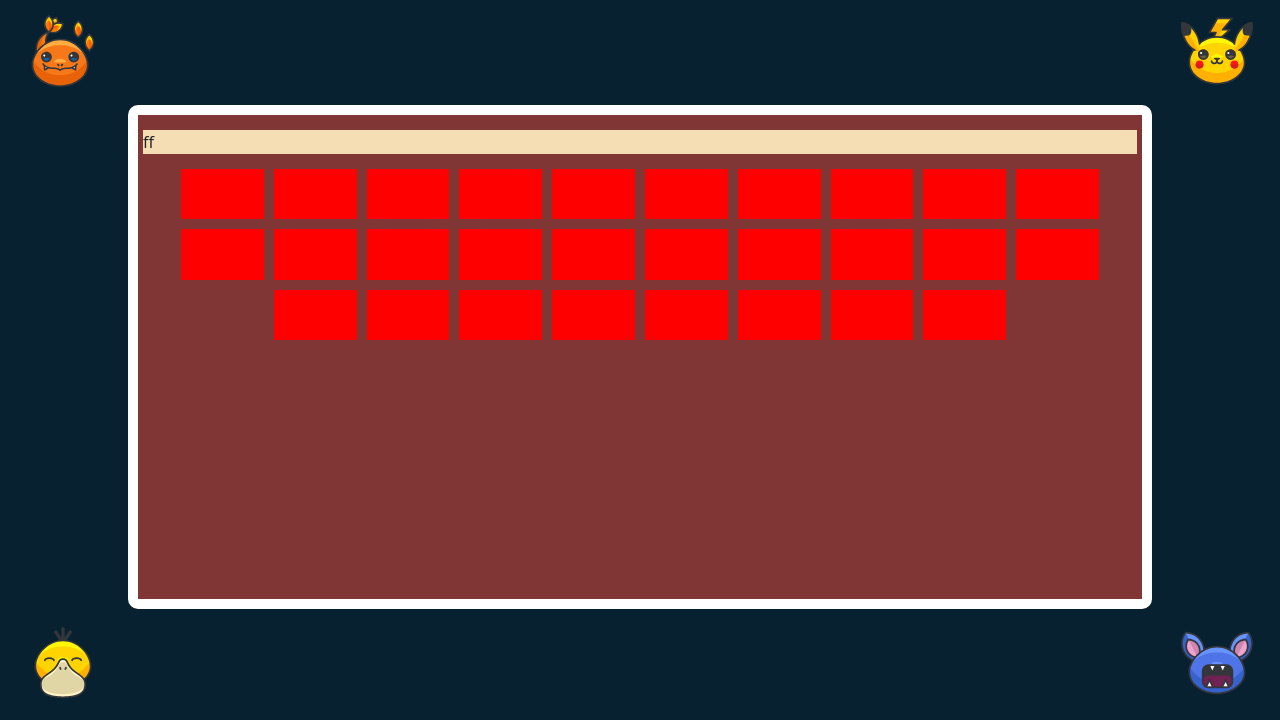
Repository: bechara611/pokedex
Page: /
These files come from the project's save history. The page is drawn as it stood at one moment and after the next save; the edit follows.
The browser window is 1280 px wide. The pictures show the whole page.
The project was rebuilt for these pictures with package versions that can differ from the ones it lists, and the page was loaded fresh each time. Also part of the build but not shown: vite.config.js.

Above is the page before, as saved 2023-01-16 17:55:18.

### index.html
<!DOCTYPE html>
<html lang="en">
  <head>
    <meta charset="UTF-8" />
    <link rel="icon" type="image/svg+xml" href="/pokedex.svg" />
    <meta name="viewport" content="width=device-width, initial-scale=1.0" />
    <title>Pokedex- DB</title>
  </head>
  <link href="https://cdn.jsdelivr.net/npm/bootstrap@5.2.3/dist/css/bootstrap.min.css" rel="stylesheet" integrity="sha384-rbsA2VBKQhggwzxH7pPCaAqO46MgnOM80zW1RWuH61DGLwZJEdK2Kadq2F9CUG65" crossorigin="anonymous">
  <body>
    <div id="root"></div>
    <script type="module" src="/src/main.jsx"></script>
    <script src="https://cdn.jsdelivr.net/npm/bootstrap@5.2.3/dist/js/bootstrap.bundle.min.js" integrity="sha384-kenU1KFdBIe4zVF0s0G1M5b4hcpxyD9F7jL+jjXkk+Q2h455rYXK/7HAuoJl+0I4" crossorigin="anonymous"></script>
  </body>
</html>

### src/main.jsx

import ReactDOM from 'react-dom/client'
import { BrowserRouter } from 'react-router-dom'
import { PokedexRouter } from './router/PokedexRouter'




ReactDOM.createRoot(document.getElementById('root')).render(

  <BrowserRouter>
  <PokedexRouter></PokedexRouter>
  </BrowserRouter>

)

### src/router/PokedexRouter.jsx
import React from 'react'
import { Navigate, Route, Routes } from 'react-router'
import { App } from '../App'

export const PokedexRouter = () => {
  return (
//*Rutas de la aplicacion utilizando react-router-dom
    <Routes>
    <Route path='/' element={<App></App>}></Route>
//*Aca se establece una ruta por defecto que usara un navigate para ir a / la cual es App.
<Route path='*' element={<Navigate to={'/'}></Navigate>}></Route>
    </Routes>
  )
}

### src/App.jsx
import React from 'react'
import { Marcos } from '../ui/components/Marcos'
import { PokedexListado } from './pokedex/components/PokedexListado'

import 'animate.css'

export const App = () => {
  return (
    <Marcos>
    <PokedexListado></PokedexListado>
    </Marcos>

  )
}

### ui/components/Marcos.jsx
import React from 'react'
import './Marcos.css'
import charmander from './../../src/assets/charmander.svg'
import pikachu from './../../src/assets/pikachu.svg'
import psyduck from './../../src/assets/psyduck.svg'
import zubat from './../../src/assets/zubat.svg'
export const Marcos = ({ children }) => {
    return (
        <>

            <div className="container-fluid fondo ">
                <div className="contenedor">
                    <div className="row fila">
                        <img src={charmander} className='iconos animate__animated animate__bounce' alt="" />
                        <img src={pikachu} className='iconos animate__animated animate__bounce' alt="" />
                    </div>


                   { /*ESTE ES EL DIV DEL CENTRO DONDE VA O EL CHILDREN QUE SON LOS DEMAS COMPONENTES Y TODO LO DEMAS*/}
                    <div className="centro col-12">
                  {children}

                    </div>
                    <div className="row fila">
                        <img src={psyduck} className='iconos animate__animated animate__bounce' alt="" />
                        <img src={zubat} className='iconos animate__animated animate__bounce' alt="" />
                    </div>
                </div>
            </div>
        </>
    )
}

### src/pokedex/components/PokedexListado.jsx
import React, { useState } from 'react'
import './PokedexListado.css'
export const PokedexListado = () => {

    //TODO cambiar esto por el estado del redux
    const [pokemones, setpokemones] = useState([{
        url: 'url1',
        name: 'Pikachu'
    }])
    return (

        <div className="col-12 contenedor-listado">
        <div className="col-12 contenedor-menu">ff</div>
        <div className="col-md-1 col-3  listado-cajita"></div>
        <div className="col-md-1 col-3  listado-cajita"></div>
        <div className="col-md-1 col-3  listado-cajita"></div>
        <div className="col-md-1 col-3  listado-cajita"></div>
        <div className="col-md-1 col-3  listado-cajita"></div>
        <div className="col-md-1 col-3  listado-cajita"></div>
        <div className="col-md-1 col-3  listado-cajita"></div>
        <div className="col-md-1 col-3  listado-cajita"></div>
        <div className="col-md-1 col-3  listado-cajita"></div>
        <div className="col-md-1 col-3  listado-cajita"></div>
        <div className="col-md-1 col-3  listado-cajita"></div>
        <div className="col-md-1 col-3  listado-cajita"></div>
        <div className="col-md-1 col-3  listado-cajita"></div>
        <div className="col-md-1 col-3  listado-cajita"></div>
        <div className="col-md-1 col-3  listado-cajita"></div>
        <div className="col-md-1 col-3  listado-cajita"></div>
        <div className="col-md-1 col-3  listado-cajita"></div>
        <div className="col-md-1 col-3  listado-cajita"></div>
        <div className="col-md-1 col-3  listado-cajita"></div>
        <div className="col-md-1 col-3  listado-cajita"></div>
        <div className="col-md-1 col-3  listado-cajita"></div>
        <div className="col-md-1 col-3  listado-cajita"></div>
        <div className="col-md-1 col-3  listado-cajita"></div>
        <div className="col-md-1 col-3  listado-cajita"></div>
        <div className="col-md-1 col-3  listado-cajita"></div>
        <div className="col-md-1 col-3  listado-cajita"></div>
        <div className="col-md-1 col-3  listado-cajita"></div>
        <div className="col-md-1 col-3  listado-cajita"></div>

        </div>
    )
}

### ui/components/Marcos.css
.fondo{
    background: rgb(7, 33, 48);
    height: 100vh;
}
.contenedor {
    display: flex;
    flex-direction: column;
    justify-content: space-between;
    min-height: 95vh;
    max-height: 100vh;
    max-width: 100%;
    min-width: 100%;
}

.fila {
    height: 10vh;

    display: flex;
    flex-direction: row;
    justify-content: space-between;
    padding: 1%;
}

.contenedor-menu{
    background: wheat;
    margin: 10px;
}
.iconos{
 width:100px;
}

.centro{
    border: 0px solid black;
    display: flex;
    align-self: center;
    vertical-align: center;
    height:70vh;
    width: 80vw;
    background: white;
    padding: 10px;
    border-radius: 10px;
    margin-top: 30px;

}
/*!Responsive*/

/*?Cuando llegue a 230px las pokebolas del marco se colocaran mas small para evitar que se bajen*/

@media(max-width:250px){
    .iconos{
     width: 80px;
    }
}
@media(max-width:176px){
    .iconos{
     width: 65px;
    }
}

### src/pokedex/components/PokedexListado.css
.contenedor-listado{
    background: rgb(129, 54, 54);
    width: 100%;
    display: flex;
    flex-direction: row;
    padding: 5px;
    flex-wrap: wrap;
    justify-items: flex-start;
    justify-content: center;
    align-content: flex-start;
    overflow-y: auto;
    overflow-x: hidden;
}
.listado-cajita{
   margin: 5px;
    background: red;
    height: 7vh;

}

After the next save:
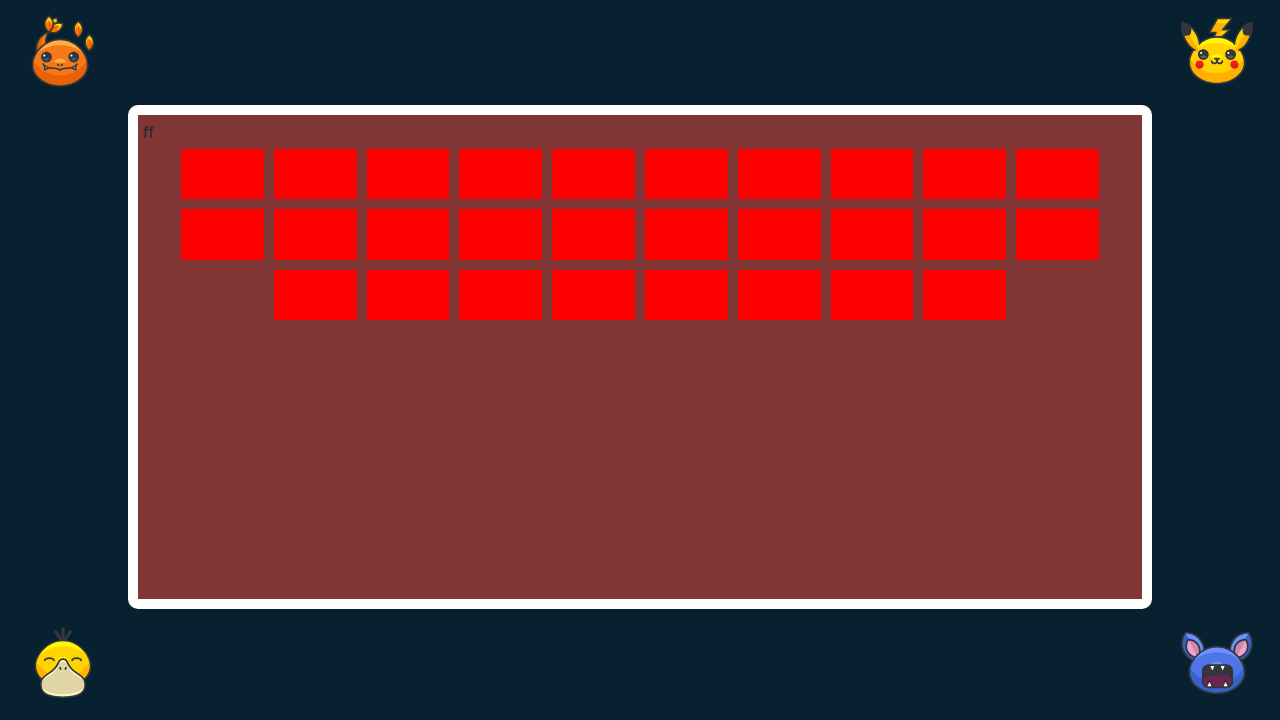
Saved 24 s later.
--- a/ui/components/Marcos.css
+++ b/ui/components/Marcos.css
@@ -21,10 +21,7 @@
     padding: 1%;
 }
 
-.contenedor-menu{
-    background: wheat;
-    margin: 10px;
-}
+
 .iconos{
  width:100px;
 }

After the save that followed:
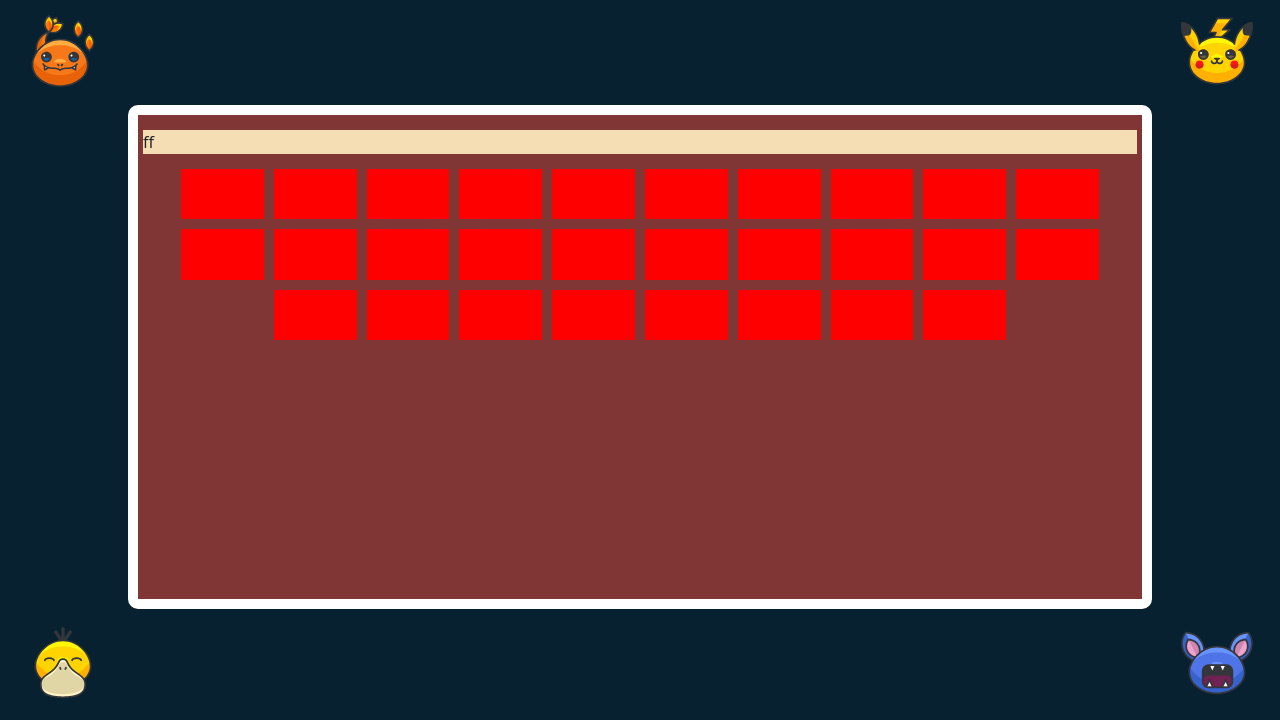
Saved 5 s later.
--- a/src/pokedex/components/PokedexListado.css
+++ b/src/pokedex/components/PokedexListado.css
@@ -11,6 +11,11 @@
     overflow-y: auto;
     overflow-x: hidden;
 }
+.contenedor-menu{
+    background: wheat;
+    margin: 10px;
+}
+
 .listado-cajita{
    margin: 5px;
     background: red;
